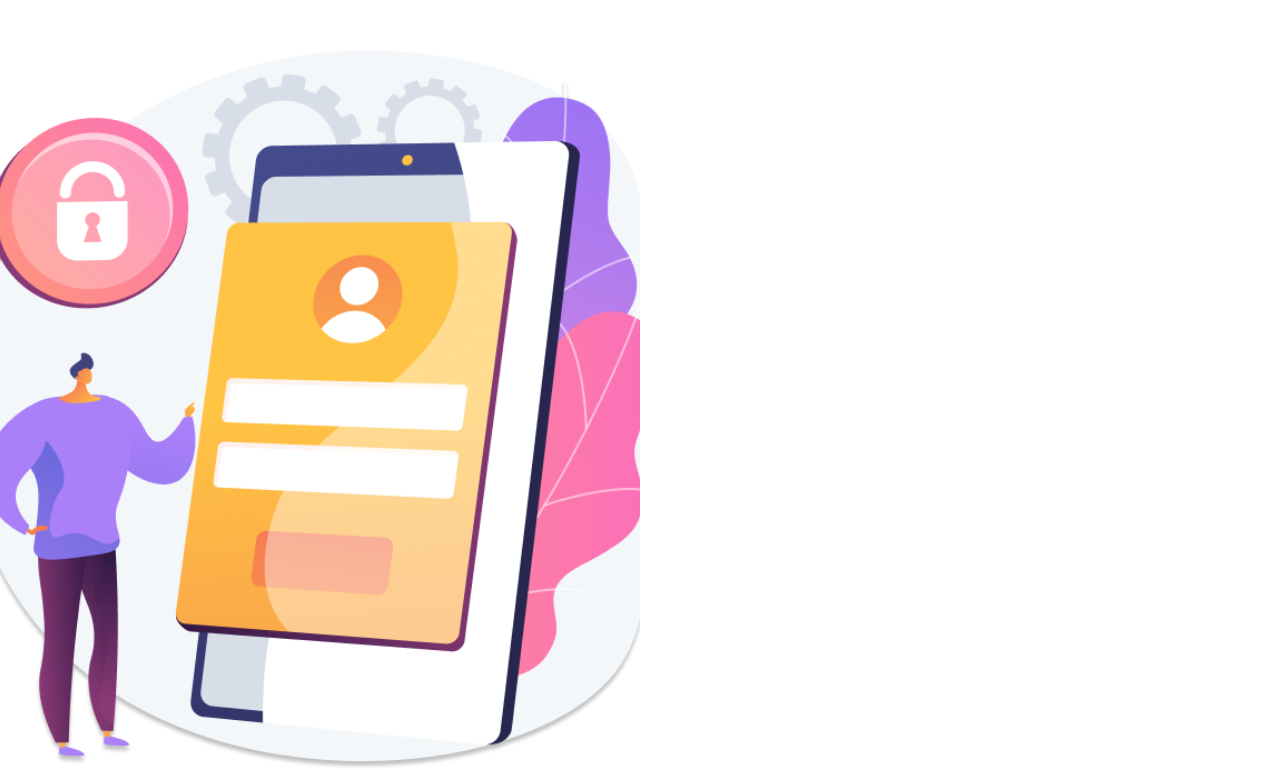
Repository: kauittt/Demo
Page: / (app in FE/vite-project/)
The author's editor kept a copy of each file at every save. The page is drawn from the files as they stood at one save, then again after the next save.
The browser window is 1280 px wide. The pictures show the whole page.
The project was rebuilt for these pictures with package versions that can differ from the ones it lists, and the page was loaded fresh each time. Also part of the build but not shown: FE/vite-project/vite.config.js.

Above is the page before, as saved 2024-08-16 10:28:56.

After the next save:
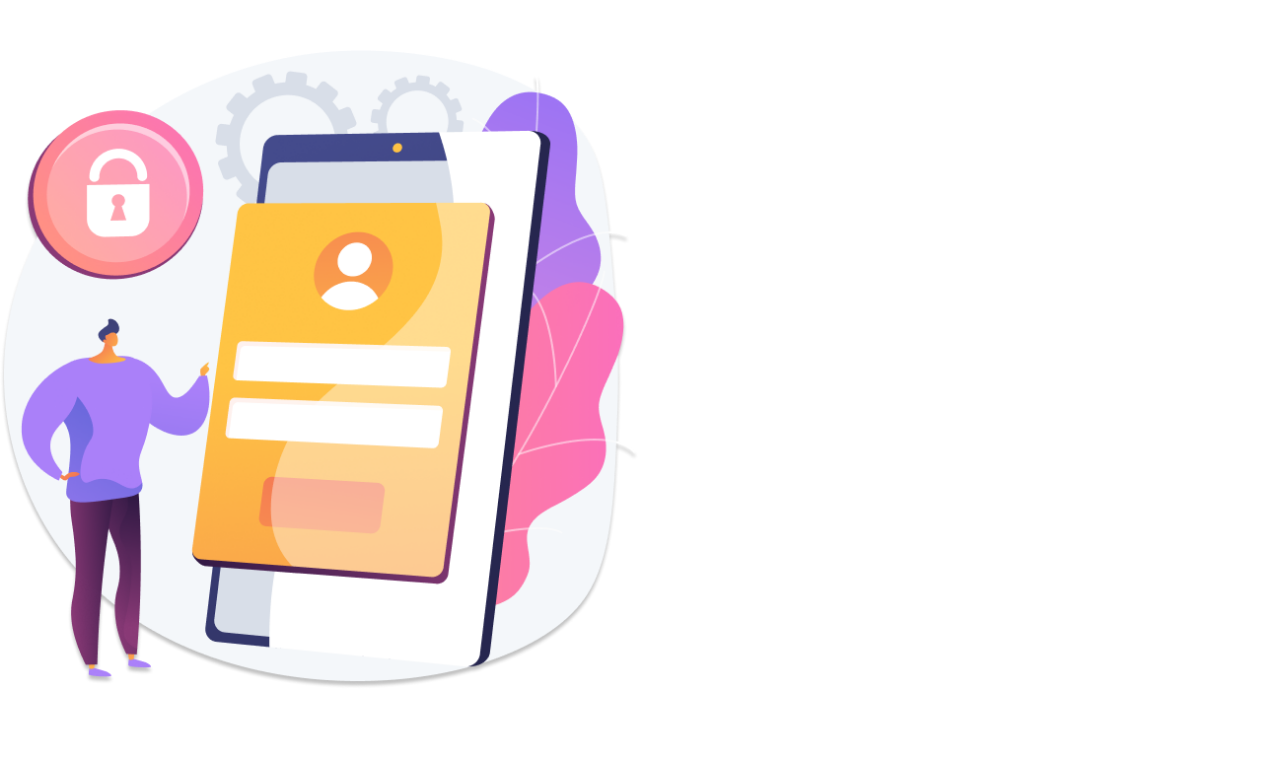
Saved 9 s later.
--- a/FE/vite-project/src/components/page/LoginPage.jsx
+++ b/FE/vite-project/src/components/page/LoginPage.jsx
@@ -8,7 +8,7 @@ const LoginPage = () => {
                 <img
                     src="./image/login.png"
                     alt="Description"
-                    className="w-full h-full object-cover"
+                    className="w-full object-cover"
                 />
             </div>
         </div>
